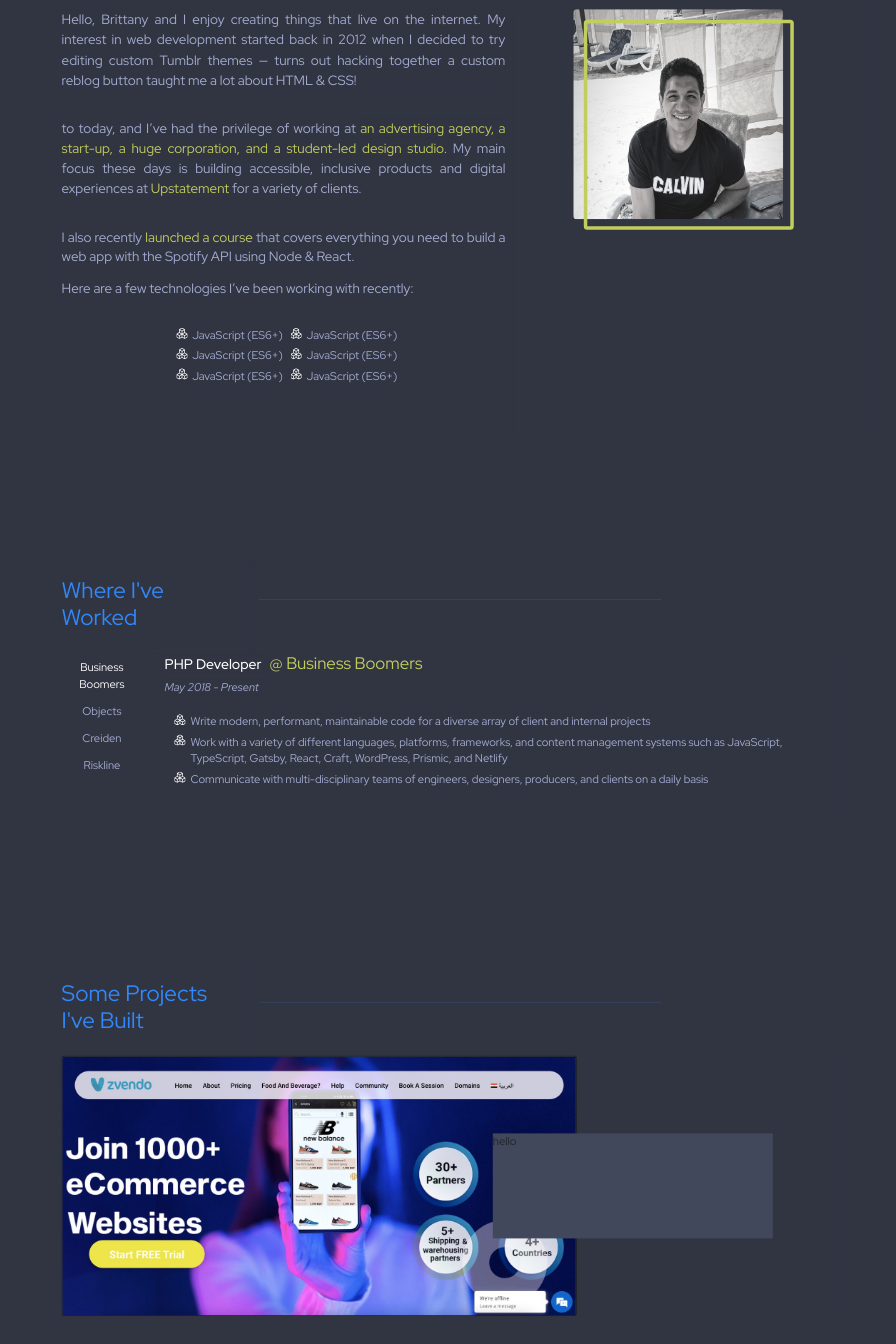
Repository: aya7abbal/Talaat-s-Portfolio
Page: index.html
An editor plug-in stored every save of this project. The page is shown before and after the next save, followed by the edit.
The browser window is 1280 px wide. The pictures show the part of the page from y = 943 to 2863 px (the page is 2863 px tall), at 70% of full size.
Some web libraries are served in a nearby version. The style sheet was rebuilt from its Sass, Less or Tailwind sources for each picture, by a compiler version that may differ from the author's.

Above is the page before, as saved 2022-02-07 19:05:43.

### index.html
<!DOCTYPE html>
<html lang="en">
  <head>
    <!-- Required meta tags -->
    <meta charset="utf-8" />
    <meta name="viewport" content="width=device-width, initial-scale=1" />

    <!-- Bootstrap CSS -->
    <link
      href="https://cdn.jsdelivr.net/npm/bootstrap@5.0.2/dist/css/bootstrap.min.css"
      rel="stylesheet"
      integrity="sha384-EVSTQN3/azprG1Anm3QDgpJLIm9Nao0Yz1ztcQTwFspd3yD65VohhpuuCOmLASjC"
      crossorigin="anonymous"
    />

    <!-- Favicon -->
    <link
      rel="shortcut icon"
      type="image/x-icon"
      href="./images/favicon/favicon.ico"
    />

    <!-- Font Awesome -->
    <script
      src="https://kit.fontawesome.com/fd7fa2f891.js"
      crossorigin="anonymous"
    ></script>

    <!-- Bootstrap Icons -->
    <link
      rel="stylesheet"
      href="https://cdn.jsdelivr.net/npm/bootstrap-icons@1.8.0/font/bootstrap-icons.css"
    />

    <!-- Main Stylesheet -->
    <link rel="stylesheet" href="./styles/styles.css" />

    <title>Ahmed's Portfolio</title>
  </head>
  <body>
    <!-- Navbar -->
    <nav class="navbar navbar-expand-md navbar-dark py-3">
      <div class="container-fluid d-flex justify-content-between">
        <div class="navbar-logo">
          <a class="navbar-brand navbar-border navbar-content__hidden" href="#"
            >AT</a
          >
        </div>

        <!-- Offcanvas  Hidden MENU -->
        <div class="offcanvas-menu">
          <button
            class="btn navbar-content__hidden rotating-icon"
            type="button"
            data-bs-toggle="offcanvas"
            data-bs-target="#offcanvasRight"
            aria-controls="offcanvasRight"
          >
            <i class="bi bi-x-diamond fs-2 text-white"></i>
          </button>
          <div
            class="offcanvas offcanvas-end"
            tabindex="-1"
            id="offcanvasRight"
            aria-labelledby="offcanvasRightLabel"
          >
            <div class="offcanvas-header">
              <h5 id="offcanvasRightLabel"></h5>
              <button
                type="button"
                class="btn text-reset"
                data-bs-dismiss="offcanvas"
                aria-label="Close"
              >
                <i class="bi bi-x-diamond fs-2 text-white rotated-icon"></i>
              </button>
            </div>
            <div class="offcanvas-body">
              <ul class="navbar-nav text-center">
                <li class="nav-item">
                  <a class="nav-link active" aria-current="page" href="#"
                    >About</a
                  >
                </li>
                <li class="nav-item">
                  <a class="nav-link" href="#">Experience</a>
                </li>
                <li class="nav-item">
                  <a class="nav-link" href="#">Work</a>
                </li>
                <li class="nav-item">
                  <a class="nav-link" href="#">Contact</a>
                </li>
                <li>
                  <a
                    class="btn btn-green my-4"
                    href="./Ahmed Talaat.pdf"
                    download
                  >
                    Resume</a
                  >
                </li>
              </ul>
            </div>
          </div>
        </div>

        <!-- NAVBAR Collapsable -->
        <div
          class="collapse navbar-collapse justify-content-between align-items-baseline"
          id="navbarNav"
        >
          <a class="navbar-brand navbar-border" href="#">AT</a>

          <ul class="navbar-nav">
            <li class="nav-item">
              <a class="nav-link active" aria-current="page" href="#">About</a>
            </li>
            <li class="nav-item">
              <a class="nav-link" href="#">Experience</a>
            </li>
            <li class="nav-item">
              <a class="nav-link" href="#">Work</a>
            </li>
            <li class="nav-item">
              <a class="nav-link" href="#">Contact</a>
            </li>
          </ul>

          <a
            class="btn btn-green"
            href="./Ahmed Talaat.pdf"
            download
          >Resume</a >
        </div>
      </div>
    </nav>
    <div class="body-wrapper">
      <!-- Introduction -->
      <div class="intro px-5">
        <h6>Hi, my name is</h6>

        <br />

        <h2>Ahmed Talaat.</h2>
        <h3 class="pb-2">I'm a Back-end Developer.</h3>

        <br />

        <p>
          I’m a software engineer specializing in building (and occasionally
          designing) exceptional digital experiences. Currently, I’m focused on
          building accessible, human-centered products at
          <a href="#">Riskline.</a>
        </p>

        <br />

        <a class=" btn btn-green btn-lg" href="https://calendly.com/atalaat-92/short-discussion?month=2022-02" target="_blank"> Book a Meeting</a>
      </div>

      <!-- About -->

      <div class="about px-5 row">
        <div class="section-header row">
          <div class="col-md-4 col-lg-3 col-5">
            <h4 class="py-4">About Me</h4>
          </div>
          <div class="col-md-8 col-lg-9 col-7">
            <hr />
          </div>
        </div>

        <!-- About Paragraph -->
        <div class="col-12 col-lg-7">
          <p>
            Hello, Brittany and I enjoy creating things that live on the
            internet. My interest in web development started back in 2012 when I
            decided to try editing custom Tumblr themes — turns out hacking
            together a custom reblog button taught me a lot about HTML & CSS!
          </p>
          <br />

          <p>
            to today, and I’ve had the privilege of working at
            <a href=""
              >an advertising agency, a start-up, a huge corporation, and a
              student-led design studio.</a
            >
            My main focus these days is building accessible, inclusive products
            and digital experiences at <a href="">Upstatement</a> for a variety
            of clients.
          </p>

          <br />
          <p>
            I also recently <a href="">launched a course</a> that covers
            everything you need to build a web app with the Spotify API using
            Node & React.
          </p>

          <p>Here are a few technologies I’ve been working with recently:</p>

          <div class="iconed-list d-flex justify-content-center">
            <ul class="row">
              <div class="col-6">
                <li>JavaScript (ES6+)</li>
                <li>JavaScript (ES6+)</li>
                <li>JavaScript (ES6+)</li>
              </div>

              <div class="col-6">
                <li>JavaScript (ES6+)</li>
                <li>JavaScript (ES6+)</li>
                <li>JavaScript (ES6+)</li>
              </div>
            </ul>
          </div>
        </div>

        <div class="col-12 col-lg-5 d-flex justify-content-center pb-5">
          <!-- About Image -->
          <div class="about-img">
           <div> <img
            src="./images/B903239F-D317-4387-9DFC-7195C9C90247_1_105_c.jpeg"
            alt=""
            width="300px"
            height="300px"
          /></div>
            <div class="about-img__border"></div>
          </div>
        </div>
      </div>

      <!-- Work -->

      <div class="work px-5">
        <div class="section-header row">
          <div class="col-md-4 col-lg-3 col-7">
            <h4 class="py-4">Where I've Worked</h4>
          </div>
          <div class="col-md-8 col-lg-9 col-5">
            <hr />
          </div>
        </div>
        <div>
          <!-- Nav tabs -->
          <div class="d-flex flex-md-row flex-column align-items-start">
            <div
              class="nav flex-md-column nav-pills me-3 mb-4 pe-md-3 nav-tabs"
              id="v-pills-tab"
              role="tablist"
              aria-orientation="vertical"
            >
              <button
                class="nav-link active"
                id="v-pills-home-tab"
                data-bs-toggle="pill"
                data-bs-target="#v-pills-home"
                type="button"
                role="tab"
                aria-controls="v-pills-home"
                aria-selected="true"
              >
                Business Boomers
              </button>
              <button
                class="nav-link"
                id="v-pills-profile-tab"
                data-bs-toggle="pill"
                data-bs-target="#v-pills-profile"
                type="button"
                role="tab"
                aria-controls="v-pills-profile"
                aria-selected="false"
              >
                Objects
              </button>
              <button
                class="nav-link"
                id="v-pills-messages-tab"
                data-bs-toggle="pill"
                data-bs-target="#v-pills-messages"
                type="button"
                role="tab"
                aria-controls="v-pills-messages"
                aria-selected="false"
              >
                Creiden
              </button>
              <button
                class="nav-link"
                id="v-pills-settings-tab"
                data-bs-toggle="pill"
                data-bs-target="#v-pills-settings"
                type="button"
                role="tab"
                aria-controls="v-pills-settings"
                aria-selected="false"
              >
                Riskline
              </button>
            </div>
            <div class="tab-content" id="v-pills-tabContent">
              <div
                class="tab-pane fade show active"
                id="v-pills-home"
                role="tabpanel"
                aria-labelledby="v-pills-home-tab"
              >
                <div class="work-title">
                  <h5 class="pe-2">PHP Developer</h5>
                  <h6>@ Business Boomers</h6>
                </div>
                <div class="work-date">
                  <i>May 2018 - Present </i>

                  <ul class="iconed-list">
                    <li>
                      Write modern, performant, maintainable code for a diverse
                      array of client and internal projects
                    </li>
                    <li>
                      Work with a variety of different languages, platforms,
                      frameworks, and content management systems such as
                      JavaScript, TypeScript, Gatsby, React, Craft, WordPress,
                      Prismic, and Netlify
                    </li>
                    <li>
                      Communicate with multi-disciplinary teams of engineers,
                      designers, producers, and clients on a daily basis
                    </li>
                  </ul>
                </div>
              </div>

              <div
                class="tab-pane fade"
                id="v-pills-profile"
                role="tabpanel"
                aria-labelledby="v-pills-profile-tab"
              >
                <div class="work-title">
                  <h5 class="pe-2">Back-end Developer</h5>
                  <h6>@ Objects</h6>
                </div>
                <div class="work-date">
                  <i>May 2018 - Present </i>

                  <ul class="iconed-list">
                    <li>
                      Write modern, performant, maintainable code for a diverse
                      array of client and internal projects
                    </li>
                    <li>
                      Work with a variety of different languages, platforms,
                      frameworks, and content management systems such as
                      JavaScript, TypeScript, Gatsby, React, Craft, WordPress,
                      Prismic, and Netlify
                    </li>
                    <li>
                      Communicate with multi-disciplinary teams of engineers,
                      designers, producers, and clients on a daily basis
                    </li>
                  </ul>
                </div>
              </div>

              <div
                class="tab-pane fade"
                id="v-pills-messages"
                role="tabpanel"
                aria-labelledby="v-pills-messages-tab"
              >
                <div class="work-title">
                  <h5 class="pe-2">Back-end Developer</h5>
                  <h6>@ Creiden</h6>
                </div>
                <div class="work-date">
                  <i>May 2018 - Present </i>

                  <ul class="iconed-list">
                    <li>
                      Write modern, performant, maintainable code for a diverse
                      array of client and internal projects
                    </li>
                    <li>
                      Work with a variety of different languages, platforms,
                      frameworks, and content management systems such as
                      JavaScript, TypeScript, Gatsby, React, Craft, WordPress,
                      Prismic, and Netlify
                    </li>
                    <li>
                      Communicate with multi-disciplinary teams of engineers,
                      designers, producers, and clients on a daily basis
                    </li>
                  </ul>
                </div>
              </div>

              <div
                class="tab-pane fade"
                id="v-pills-settings"
                role="tabpanel"
                aria-labelledby="v-pills-settings-tab"
              >
                <div class="work-title">
                  <h5 class="pe-2">Project Manager</h5>
                  <h6>@ Riskline</h6>
                </div>
                <div class="work-date">
                  <i>May 2018 - Present </i>

                  <ul class="iconed-list">
                    <li>
                      Write modern, performant, maintainable code for a diverse
                      array of client and internal projects
                    </li>
                    <li>
                      Work with a variety of different languages, platforms,
                      frameworks, and content management systems such as
                      JavaScript, TypeScript, Gatsby, React, Craft, WordPress,
                      Prismic, and Netlify
                    </li>
                    <li>
                      Communicate with multi-disciplinary teams of engineers,
                      designers, producers, and clients on a daily basis
                    </li>
                  </ul>
                </div>
              </div>
            </div>
          </div>
        </div>
      </div>

      <!-- Projects -->

      <div class="projects px-5">
        <div class="section-header row">
          <div class="col-md-4 col-lg-3 col-7">
            <h4 class="py-4">Some Projects I've Built</h4>
          </div>
          <div class="col-md-8 col-lg-9 col-5">
            <hr />
          </div>
        </div>

        <div class="project-card d-flex align-items-center">
          <div class="card bg-dark text-white col-md-8">
            <img src="./images/project-1.jpeg" class="card-img" alt="...">
            <div class="card-img-overlay d-md-none">
              <h5 class="card-title">Card title</h5>
              <p class="card-text">This is a wider card with supporting text below as a natural lead-in to additional content. This content is a little bit longer.</p>
              <p class="card-text"></p>
            </div>
          </div>
          <div class="col-6 project-desc">
            hello
          </div>
        </div>
      </div>



    </div>


    <!-- Footer -->
    <footer>
      <div class="footer-left">
        <div class="footer-left__link">
          <i class="fab fa-github"><a href="#"></a></i>
        </div>
        <div class="footer-left__link">
          <i class="fab fa-twitter"><a href=""></a></i>
        </div>
        <div class="footer-left__link">
          <i class="fab fa-linkedin-in"><a href=""></a></i>
        </div>
        <div class="footer-left__link">
          <i class="fas fa-phone"><a href=""></a></i>
        </div>
        <div class="footer-left__link line"></div>
      </div>



      <div class="footer-right">
        <div class="footer-right__link">
          <a href="">@ahmed.talaat.92@hotmail.com</a>

        <div class="footer-right__link line"></div>
      </div>
    </footer>

    <!-- Bootstrap Bundle with Popper -->
    <script
      src="https://cdn.jsdelivr.net/npm/bootstrap@5.0.2/dist/js/bootstrap.bundle.min.js"
      integrity="sha384-MrcW6ZMFYlzcLA8Nl+NtUVF0sA7MsXsP1UyJoMp4YLEuNSfAP+JcXn/tWtIaxVXM"
      crossorigin="anonymous"
    ></script>
    <script type="module" src="./scripts/script.js"></script>
  </body>
</html>

### scripts/script.js
// const rotatingIcon = document.querySelector(".rotating-icon")
// const rotatedIcon = document.querySelector(".rotated-icon")


// rotatingIcon.addEventListener('click',function(event) {
// console.log(event)
//     rotatingIcon.style.display="hidden"
// })

### styles/styles.scss

// Fonts
@import url('https://fonts.googleapis.com/css2?family=Dosis:wght@200;300;400;500;600&family=Red+Hat+Display:ital,wght@0,300;0,400;0,500;0,600;0,700;0,900;1,300;1,400;1,500;1,600&family=Satisfy&display=swap');
// Partials
@import "./components/navbar";
@import"./components/footer";
@import "./variables/colors";
@import "./components/buttons";
@import "./variables/fonts";
@import "./components/pages";
@import "./variables/images";
@import "./components/projects";




// font-family: 'Dosis', sans-serif;
// font-family: 'Red Hat Display', sans-serif;
// font-family: 'Satisfy', cursive;

*{
font-family: 'Red Hat Display', sans-serif;
background-color: var(--navy);

}

body{
    margin: 0%;
    max-width: 100%;
    overflow-x: hidden;
    background-color: var(--navy);

    @media (min-width:768px) {
        padding: 40px;
    }
}

### styles/components/_navbar.scss
.navbar-content__hidden{
    display: none;
    @media (max-width:768px) {
        display: inline-block;
    }
}

.navbar-brand{
    border: solid 2px var(--green);
    border-radius: 5px 20px;
    padding: 8px;

    &:hover{
        background-color: var(--green);
    }
}

### styles/components/_footer.scss
footer {

    @media (max-width:768px) {
display: none;
    }

  .footer-left {
    position: fixed;
    bottom: 10px;
    left: 20px;
    i {
      font-size: 1.2em;
      color: white;
      margin: 20px 10px;
      &:hover{
          color: greenyellow;
          transform: translateY(-3px);
      }
    }

    .line {
      border-right: 1px solid white;
      padding: 20px;
      height: 100px;
      background-color: transparent;
      transform: translatex(-19px);
      margin-top: 15px;
    }
  }


  .footer-right {
    position: fixed;
    bottom: 10px;
    right: 20px;
    i{
      font-size: 1.2em;
      color: white;
      margin: 15px 10px;
      &:hover{
          color: greenyellow;
          transform: translateY(-3px);
      }


    }

    a{
        writing-mode: vertical-rl;
        transform: translatex(10px);
        color: white;
        font-size: 1em;
        &:hover{
            color: greenyellow;
            text-decoration: none;
        }
    }

    .line {
      border-right: 1px solid white;
      padding: 20px;
      height: 100px;
      background-color: transparent;
      transform: translatex(-19px);
      margin-top: 15px;
    }
  }
}

### styles/variables/_colors.scss
:root{
    --navy:#313441;
    --lnavy:#42485c;
    --lgreen:#c1ce5e;
    --grey:#A4A6BF;
    --bblue:hsl(220, 47%, 62%);
    --green:#97A629;
    --lgreeno:#c1ce5e11;
    --lgrey:#bbc1dd;
    --mdgrey:#a4acd1;
    --blue:#3188fa;

}

### styles/components/_buttons.scss
.btn-green {
  border: 2px solid var(--green);
  padding: 8px;
  color:white;
  border-radius: 5px;

  &:hover {
    color: rgb(197, 197, 197);
    background-color: var(--lgreeno);
  }
}

.btn-blue{
    border: 2px solid var(--blue);
    padding: 8px;
    color:white;
    border-radius: 5px;

    &:hover {
      color: rgb(197, 197, 197);
      background-color: var(--bblue);
    }
}

.rotating-icon, .rotated-icon {
  transform: rotate(45deg) !important;
  z-index: 100;

  &:hover {
    transform: rotate(90deg) !important;
    transition: 0.6s;


  }
  &:active &:focus {
    transform: rotate(90deg) !important;
  }
}

### styles/variables/_fonts.scss



h2 {
  color: white;
  font-size: 2.3em;

  @media (min-width: 768px) {
    font-size: 2.9em;
  }
}

h3 {
  color: var(--blue);
  font-weight: 600;
  font-size: 2.2em;

  @media (min-width: 768px) {
    font-size: 2.7em;
  }
}

h4 {
  color: var(--blue);
  font-weight: 400;
  font-size: 1.5em;
  background-color: var(--navy);

  @media (min-width: 768px) {
    font-size: 2em;
  }
}

h5{
  color: white;
  display: inline-block;
}

h6 {
  font-size: 1.2em;
  color: var(--lgreen);
  font-weight: 400;
  display: inline-block;

  @media (min-width: 768px) {
    font-size: 1.5em;
  }
}

a {
  color: var(--lgreen);
  text-decoration: none;

  &:hover {
    color: var(--green);
    text-decoration: underline;
  }
}

ul{

    padding-top:20px;
    padding-bottom: 50px;
}
.iconed-list li{
    list-style-image:url(../svg/list.svg);
    color: var(--mdgrey);

    padding:10px 10px 0px 10px;
    margin: 5px;
    width: fit-content;
    padding: 0%;
}

p {
  font-size: 1.2em;
  color: var(--mdgrey);
  font-weight: 400;
  text-align: justify;

  @media (min-width: 768px) {
    font-size: 1.2em;
  }
}

i{
  color: var(--mdgrey);
}

.nav-tabs .nav-link{

  color: var(--mdgrey);
  background-color: transparent !important;
  // text-decoration: underline;
  text-decoration-color: var(--mdgrey);

  &:focus{
    background-color: transparent !important;
    color: var(--lgreen);
    border-bottom-color: var(--lgreen);

  }

  &:active{
    background-color: transparent !important;
    color: var(--lgreen);


  }



}

### styles/components/_pages.scss

// INTRODUCTION
.intro{
    padding-top: 160px;
}

// ABOUT


.section-header{
    padding-top:180px ;
    hr{
        position: relative;
        top:30%;
        color: var(--blue);
        width: 70%;
    }
}

#v-pills-tab{
    border: none;
}

### styles/variables/_images.scss
.about-img {
  height: fit-content;
  position: relative;
  display: flex;
  flex-direction: column;
  justify-content: center;


  img {
    // filter: invert(25%) sepia(77%) saturate(2565%) hue-rotate(200deg)
      // brightness(103%) contrast(96%) opacity(90%);
    border-radius: 5px;
    filter: grayscale(90%);
  }
  &:hover {
    img {
      filter: none;
    }
    .about-img__border{
        transform: translate(0px, 0px);
        transition: .1s;


    }
  }

  .about-img__border {
    position: absolute;
    border: 5px solid var(--lgreen);
    border-radius: 5px;
    width: 300px;
    height: 300px;
    transform: translate(15px, 15px);
    background-color: transparent;
  }
}

### styles/components/_projects.scss

.projects{


.card-img-overlay {
    opacity: 90%;

}




.project-desc{
    background-color: var(--lnavy);
    height:150px;
    width: 400px;
    transform: translate(-120px);
}
}

After the next save:
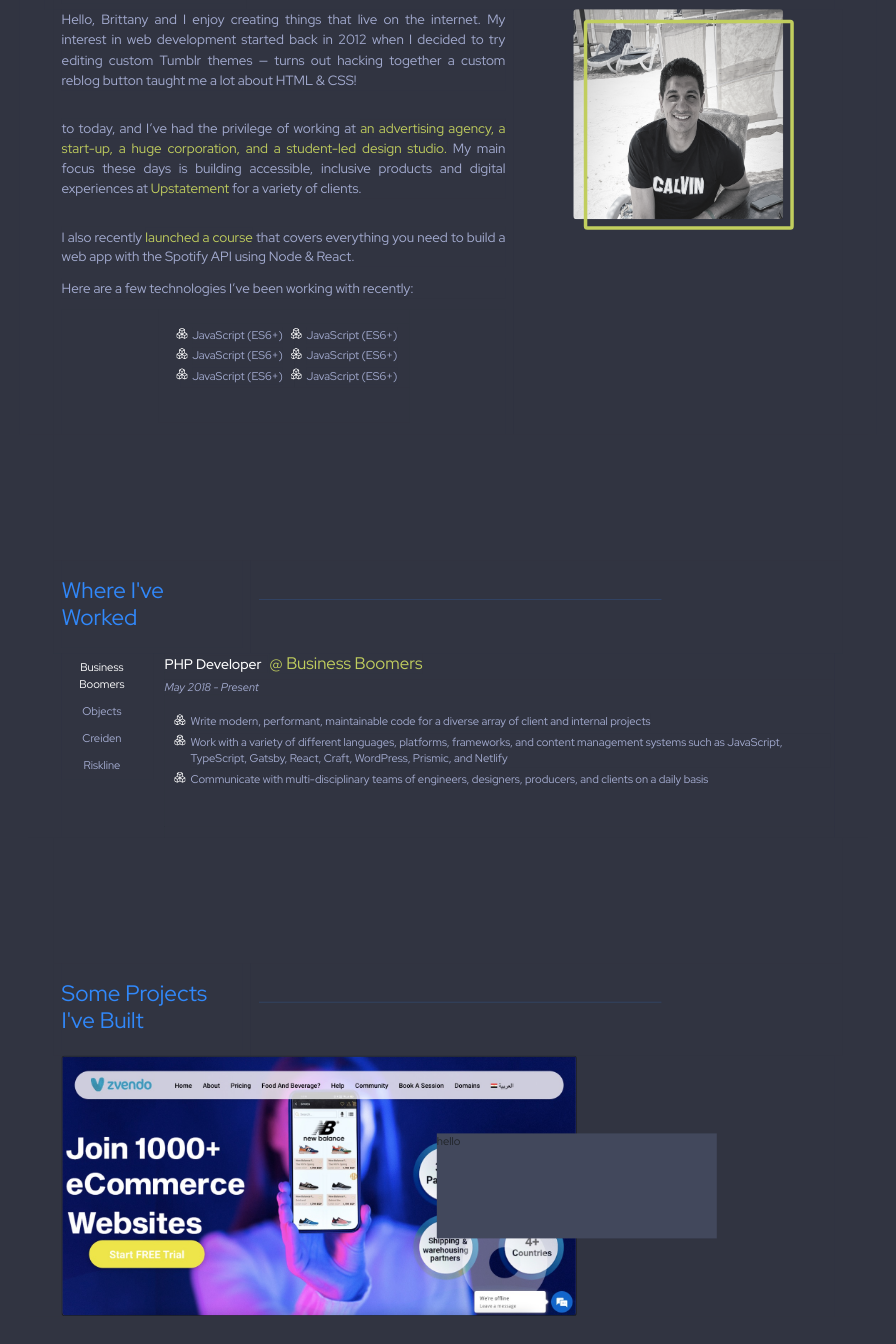
Saved 7 s later.
--- a/styles/components/_projects.scss
+++ b/styles/components/_projects.scss
@@ -14,6 +14,6 @@
     background-color: var(--lnavy);
     height:150px;
     width: 400px;
-    transform: translate(-120px);
+    transform: translate(-200px);
 }
 }
